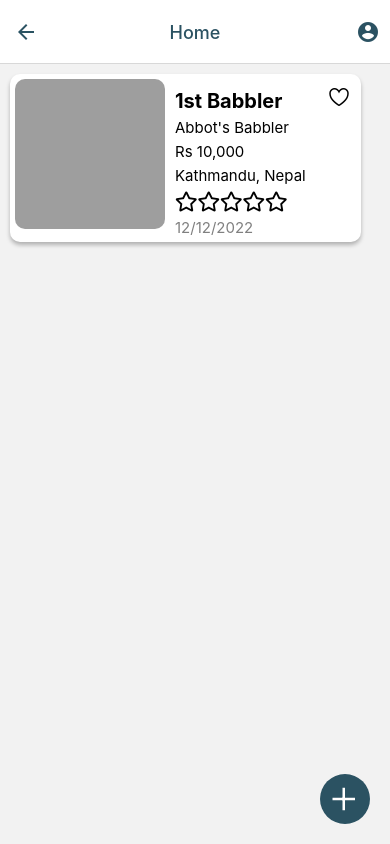
Repository: SaudCh/Expo-Pethub
Screen: /Home
The author's editor kept a copy of each file at every save. The screen is drawn from the files as they stood at one save, then again after the next save.
Pictures or frames that could not be fetched are drawn as grey boxes. The app was drawn by React Native's web renderer in a window 390 px wide. The project was rebuilt for these pictures with package versions that can differ from the ones it lists, and the page was loaded fresh each time. Also part of the build but not shown: Screens/Signup.js, Screens/Profile.js, Screens/UpdateProfile.js, Screens/ForgetPassword.js, Screens/Add.js.

Above is the screen before, as saved 2022-11-15 01:08:42.

### App.js
import { StatusBar } from 'expo-status-bar';
import 'react-native-gesture-handler';
import { StyleSheet, Text, View } from 'react-native';
import { Provider as PaperProvider } from 'react-native-paper';
import AppNavigator from './Components/Navigator';

export default function App() {
  return (
    <PaperProvider>
      <AppNavigator />
    </PaperProvider>
  );
}

const styles = StyleSheet.create({
  container: {
    flex: 1,
    backgroundColor: '#fff',
    alignItems: 'center',
    justifyContent: 'center',
  },
});

### Components/Navigator.js
// In App.js in a new project

import * as React from 'react';
import { View, Text } from 'react-native';
import { NavigationContainer } from '@react-navigation/native';
import { createNativeStackNavigator } from '@react-navigation/native-stack';
import Login from '../Screens/Login';
import Signup from '../Screens/Signup';
import Home from '../Screens/Home';
import Profile from '../Screens/Profile';
import UpdateProfile from '../Screens/UpdateProfile';
import Avatar from './Avatar';
import ForgetPassword from '../Screens/ForgetPassword';
import Add from '../Screens/Add';

function HomeScreen() {
    return (
        <View style={{ flex: 1, alignItems: 'center', justifyContent: 'center' }}>
            <Text>Home Screen</Text>
        </View>
    );
}

const Stack = createNativeStackNavigator();

function AppNavigator() {
    return (
        <NavigationContainer>
            <Stack.Navigator>
                <Stack.Screen name="Login" component={Login} options={{
                    title: 'Login',
                    headerTintColor: "#2B5262",
                    headerTitleAlign: 'center'
                }} />

                <Stack.Screen name="Signup" component={Signup} options={{
                    title: 'Signup',
                    headerTintColor: "#2B5262",
                    headerTitleAlign: 'center'
                }} />

                <Stack.Screen name="ForgetPassword" component={ForgetPassword} options={{
                    title: 'Forget Password',
                    headerTintColor: "#2B5262",
                    headerTitleAlign: 'center'
                }} />

                <Stack.Screen name="Add" component={Add} options={{
                    title: 'Add',
                    headerTintColor: "#2B5262",
                    headerTitleAlign: 'center'
                }} />

                <Stack.Screen name="Home" component={Home}
                    options={{
                        title: 'Home',
                        headerTintColor: "#2B5262",
                        headerTitleAlign: 'center',
                        headerRight: () => (
                            <Avatar />
                        )
                    }}
                />

                <Stack.Screen name="Profile" component={Profile} options={{
                    title: 'Profile',
                    headerTintColor: "#2B5262",
                    headerTitleAlign: 'center'
                }} />
                <Stack.Screen name="UpdateProfile" component={UpdateProfile} options={{
                    title: 'Update',
                    headerTintColor: "#2B5262",
                    headerTitleAlign: 'center',
                }} />

            </Stack.Navigator>
        </NavigationContainer>
    );
}

export default AppNavigator;

### Screens/Login.js
import { useNavigation } from "@react-navigation/native";
import React, { useState, useEffect } from "react";
import { View, Text, StyleSheet, ActivityIndicator, Alert, TouchableOpacity } from 'react-native'
import { TextInput, Button } from "react-native-paper"

export default function Login() {

    const navigation = useNavigation()

    const [data, setData] = useState({
        email: '',
        password: ''
    })

    return (
        <View style={{ ...styles.body }}>
            <View style={{ ...styles.box }}>
                <View>
                    <TextInput
                        mode="outlined"
                        placeholder="Email"
                        style={{ marginBottom: 10 }}
                        value={data.email}
                        onChangeText={text => setData({ ...data, email: text })}
                    />
                </View>
                <View>
                    <TextInput
                        mode="outlined"
                        placeholder="Password"
                        value={data.password}
                        style={{ marginBottom: 10 }}
                        onChangeText={text => setData({ ...data, password: text })}
                        secureTextEntry
                    />
                </View>
                <TouchableOpacity onPress={()=>navigation.navigate("ForgetPassword")}>
                    <Text style={{ alignSelf: 'flex-end', color: 'blue' }}>Forgot Password?</Text>
                </TouchableOpacity>
                <View>
                    <Button mode="contained" onPress={() => navigation.replace('Home')} style={{ marginTop: 10 }} >
                        Login
                    </Button>

                    <Button onPress={() => navigation.navigate("Signup")} style={{ backgroundColor: 'transparent' }}>
                        <Text style={{ ...styles.bottomText }}>Switch to Signup</Text>
                    </Button>
                </View>
            </View>
        </View >
    );
}
const styles = StyleSheet.create({
    body: {
        flex: 1,
        alignItems: "center",
        justifyContent: 'center',
        backgroundColor: '#A9CCCF'
    },
    box: {
        shadowColor: "#000",
        shadowOffset: {
            width: 0,
            height: 3,
        },
        shadowOpacity: 0.27,
        shadowRadius: 4.65,
        elevation: 6,
        borderRadius: 10,

        backgroundColor: "#fff",
        padding: 20,
        width: 350
    },
    inputText: {
        fontWeight: 'bold'
    },
    bottomText: {
        fontSize: 16
    }
});

### Screens/Home.js
import { StyleSheet, Text, TouchableOpacity, View } from 'react-native'
import React from 'react'
import { Ionicons } from '@expo/vector-icons';
import { useNavigation } from '@react-navigation/native';
import Card from './Card';

export default function Home() {
  const navigation = useNavigation()

  return (
    <View style={{ flex: 1 }}>
      <Card />

      <TouchableOpacity onPress={() => navigation.navigate("Add")} style={{ ...styles.floatingPoint }}>
        <Ionicons name="add" size={40} color="#fff" />
      </TouchableOpacity>
    </View>
  )
}

const styles = StyleSheet.create({
  floatingPoint: {
    width: 50,
    height: 50,
    borderRadius: 50,
    backgroundColor: '#2B5262',
    position: 'absolute',
    bottom: 20,
    right: 20,
    alignItems: 'center',
    justifyContent: 'center',
  }

})

### Components/Avatar.js
import { StyleSheet, Text, TouchableOpacity, View } from 'react-native'
import React from 'react'
import { MaterialIcons } from '@expo/vector-icons';
import { useNavigation } from '@react-navigation/native';

export default function Avatar() {
    const navigation = useNavigation();
    return (
        <TouchableOpacity TouchableOpacity onPress={() => navigation.navigate("Profile")} style={{
            marginRight: 10
        }} >
            <MaterialIcons name="account-circle" size={24} color={"#2B5262"} />
        </TouchableOpacity>
    )
}

const styles = StyleSheet.create({})

### Screens/Card.js
import { Image, StyleSheet, Text, View, TouchableOpacity } from 'react-native'
import React from 'react'
import { FontAwesome5 } from '@expo/vector-icons';
import { Ionicons } from '@expo/vector-icons';


export default function Card() {

    return (
        <View style={{
            ...styles.card,
        }}>
            <TouchableOpacity style={{...styles.heartIcon}}>
                <Ionicons name="heart-outline" size={24} color="black" />
            </TouchableOpacity>
            <View style={{ flexDirection: "row" }}>
                <Image
                    style={{ ...styles.image }}
                    source={{ uri: 'https://images.pexels.com/photos/1661179/pexels-photo-1661179.jpeg?auto=compress&cs=tinysrgb&dpr=1&w=500' }}
                />
                <View style={{ marginLeft: 10 }}>
                    <Text style={{ ...styles.heading }}>1st Babbler</Text>
                    <Text style={{ ...styles.text }}>Abbot's Babbler</Text>
                    <Text style={{ ...styles.text }}>Rs 10,000</Text>
                    <Text style={{ ...styles.text }}>Kathmandu, Nepal</Text>
                    <View style={{ flexDirection: "row", marginTop: 5 }}>
                        <FontAwesome5 name="star" size={20} color="black" />
                        <FontAwesome5 name="star" size={20} color="black" />
                        <FontAwesome5 name="star" size={20} color="black" />
                        <FontAwesome5 name="star" size={20} color="black" />
                        <FontAwesome5 name="star" size={20} color="black" />
                    </View>
                    <Text style={{ ...styles.textSecondary }}>12/12/2022</Text>

                </View>
            </View>

        </View>
    )
}

const styles = StyleSheet.create({
    card: {
        width: '90%',
        padding: 5,
        backgroundColor: '#fff',
        borderRadius: 10,
        margin: 10,
        shadowColor: "#000",
        shadowOffset: {
            width: 0,
            height: 3,
        },
        shadowOpacity: 0.27,
        shadowRadius: 4.65,
        elevation: 6,
    },
    image: {
        width: 150,
        height: 150,
        borderRadius: 10
    },
    heading: {
        fontSize: 20,
        fontWeight: 'bold',
        marginTop: 10
    },
    text: {
        fontSize: 15,
        marginTop: 5
    },
    textSecondary: {
        fontSize: 15,
        marginTop: 5,
        color: 'grey'
    },
    heartIcon: {
        position: 'absolute',
        right: 10,
        top: 10
    }

})

After the next save:
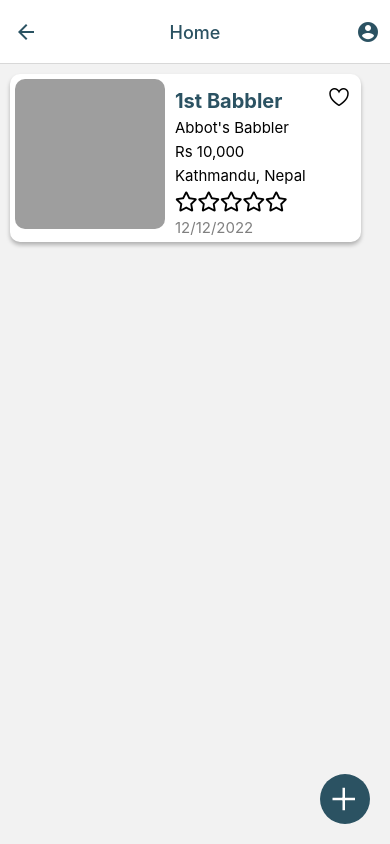
Saved 79 s later.
--- a/Screens/Card.js
+++ b/Screens/Card.js
@@ -10,7 +10,7 @@ export default function Card() {
         <View style={{
             ...styles.card,
         }}>
-            <TouchableOpacity style={{...styles.heartIcon}}>
+            <TouchableOpacity style={{ ...styles.heartIcon }}>
                 <Ionicons name="heart-outline" size={24} color="black" />
             </TouchableOpacity>
             <View style={{ flexDirection: "row" }}>
@@ -63,7 +63,8 @@ const styles = StyleSheet.create({
     heading: {
         fontSize: 20,
         fontWeight: 'bold',
-        marginTop: 10
+        marginTop: 10,
+        color: '#2B5262'
     },
     text: {
         fontSize: 15,
